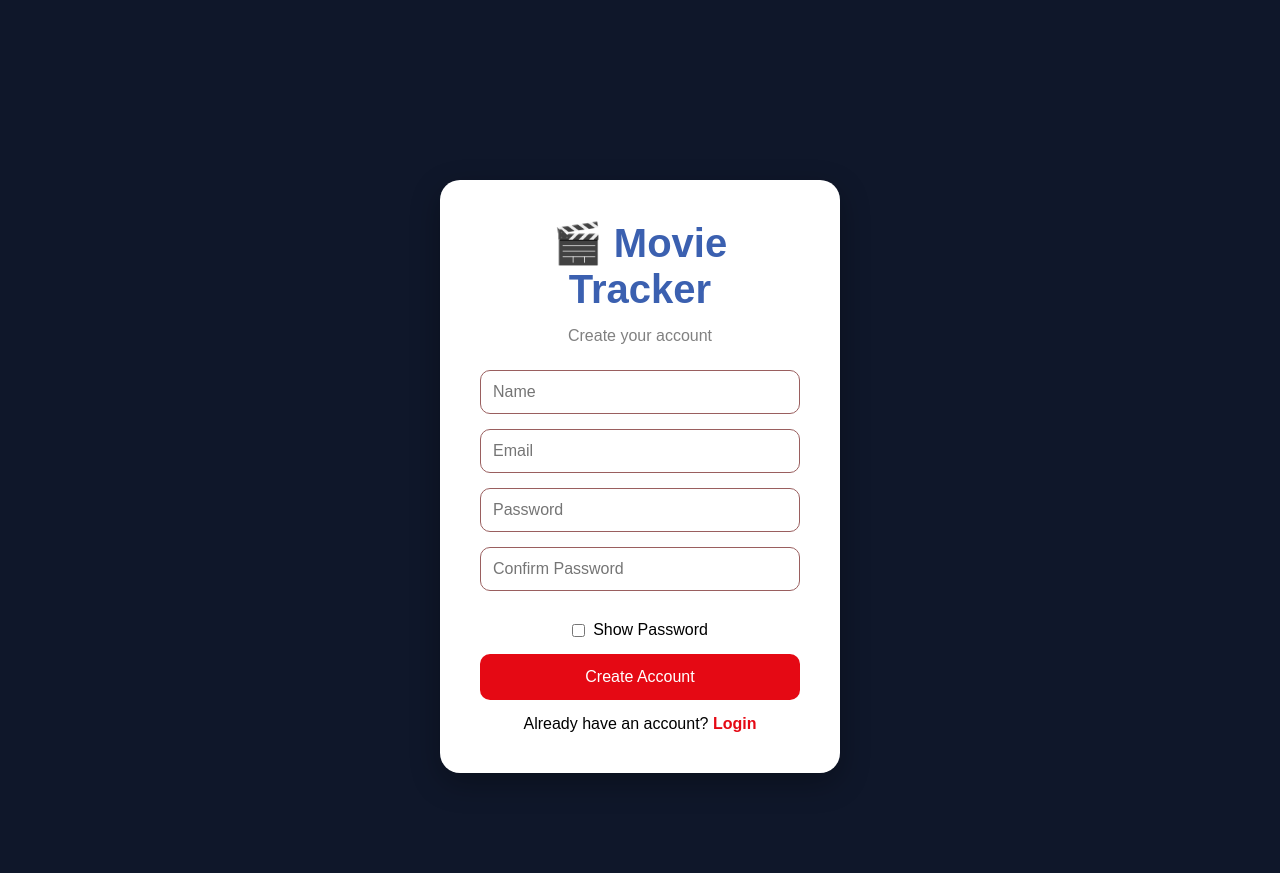
Repository: Dinesh-Codebais/movie-tracker
Page: signup.html
These files come from the project's save history. The page is drawn as it stood at one moment and after the next save; the edit follows.
The browser window is 1280 px wide. The pictures show the whole page.

Above is the page before, as saved 2026-06-22 10:54:59.
Console error: TypeError: Cannot read properties of null (reading 'addEventListener')

After the next save:
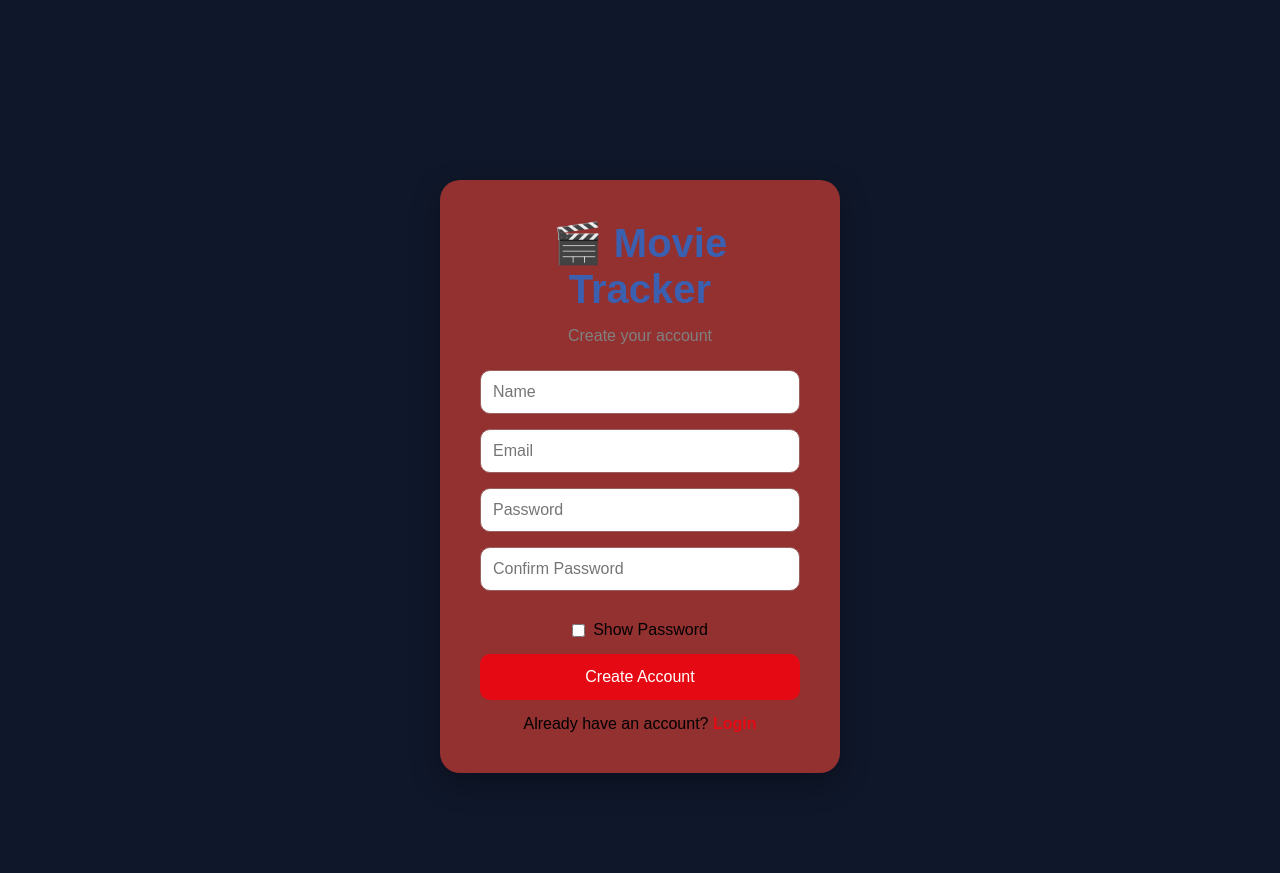
Saved 86 s later.
--- a/style.css
+++ b/style.css
@@ -533,7 +533,7 @@ body{
     width:400px;
     margin:100px auto;
     padding:40px;
-    background:white;
+    background:rgb(147, 48, 48);
     border-radius:20px;
     box-shadow:0 10px 30px rgba(0,0,0,0.3);
 }
